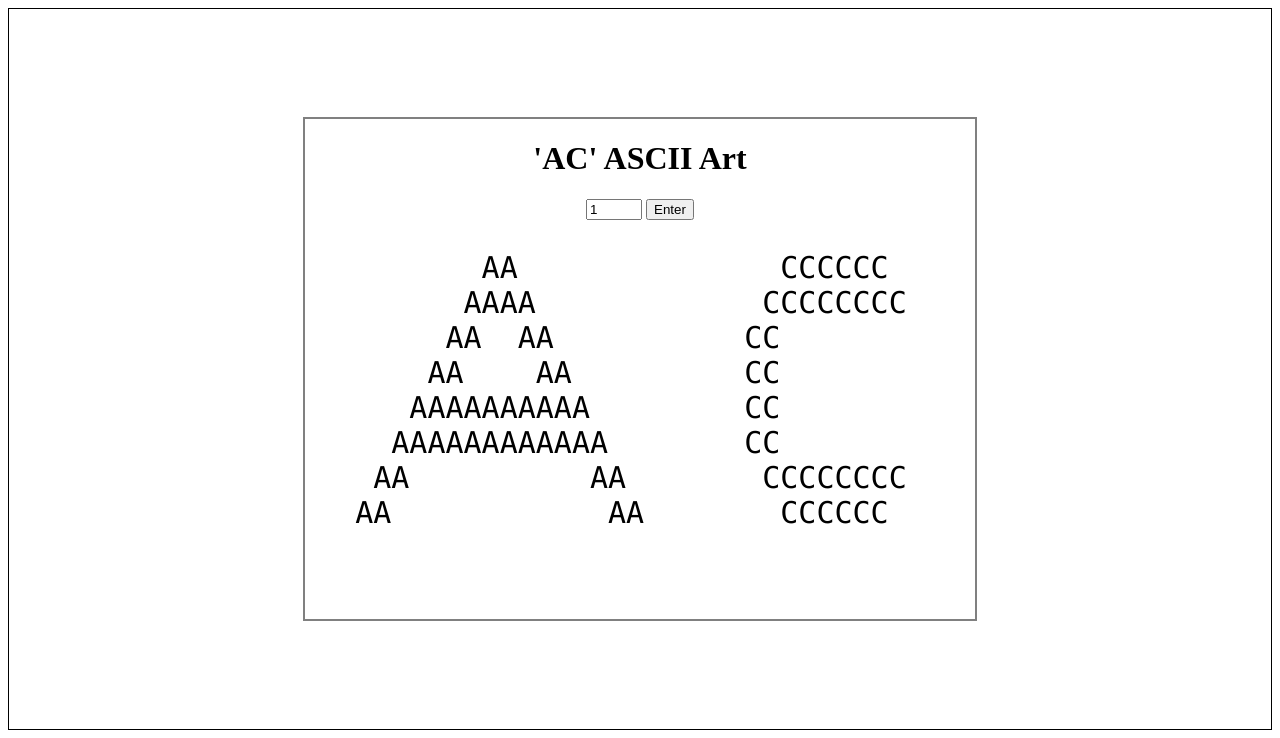
Repository: Achorn/ascii-art
Page: index.html
The author's editor kept a copy of each file at every save. The page is drawn from the files as they stood at one save, then again after the next save.
The browser window is 1280 px wide. The pictures show the whole page.

Above is the page before, as saved 2021-08-09 20:51:46.

### index.html
<!DOCTYPE html>
<html lang="en">
  <head>
    <link rel="stylesheet" href="styles.css" />
    <meta charset="UTF-8" />
    <meta http-equiv="X-UA-Compatible" content="IE=edge" />
    <meta name="viewport" content="width=device-width, initial-scale=1.0" />
    <title>Document</title>
  </head>
  <body>
    <form>
      <h1>'AC' ASCII Art</h1>
      <input type="number" min="1" value="1" max="10" />
      <button onclick="handlePress()">Enter</button>
      <div id="ascii-container">
        <div id="a-container">
          <p id="mono-a" style="font-family: 'Lucida Console', monospace"></p>
        </div>
        <div id="c-container">
          <p id="mono-c" style="font-family: 'Lucida Console', monospace"></p>
        </div>
      </div>
    </form>
    <script type="text/javascript" src="myscripts.js"></script>
  </body>
</html>

### styles.css
body {
  border: 1px solid black;
  display: flex;
  flex-direction: column;
  justify-content: center;
  align-items: center;
  height: 100vh;
}

form {
  border: 2px solid grey;
  height: 500px;
  /* width: 400px; */
  text-align: center;
}

#ascii-container {
  display: flex;
}

#a-container {
  /* background-color: pink; */
}
#c-container {
  /* background-color: pink; */
}
#mono-a {
  /* font-size: 25.5vw; */
  padding: 0px 50px 0px 50px;
  white-space: pre;
}
#mono-c {
  padding: 0px 50px 0px 50px;
  white-space: pre;
}

### myscripts.js
let oneA = ["A"];
let oneC = ["C"];
let twoA = [
  [" ", "A", " "],
  ["A", " ", "A"],
];
let twoC = [["C"], ["C"]];

let threeA = [
  [" ", " ", "A", " ", " "],
  [" ", "A", "A", "A", " "],
  ["A", " ", " ", " ", "A"],
];
let threeC = [
  [" ", "C", "C", "C"],
  ["C", " ", " ", " "],
  [" ", "C", "C", "C"],
];

let fourA = [
  [" ", " ", " ", "A"],
  [" ", " ", "A", " "],
  [" ", "A", "A", "A"],
  ["A", " ", " ", " "],
];
let fourC = [
  [" ", "C", "C", "C", " "],
  ["C", " ", " ", " ", " "],
];

let eight = [
  [" ", " ", " ", " ", " ", " ", " ", "A"],
  [" ", " ", " ", " ", " ", " ", "A", "A"],
  [" ", " ", " ", " ", " ", "A", "A", " "],
  [" ", " ", " ", " ", "A", "A", "A", "A"],
  [" ", " ", " ", "A", "A", "A", "A", "A"],
  [" ", " ", "A", "A", " ", " ", " ", " "],
  [" ", "A", "A", " ", " ", " ", " ", " "],
  ["A", "A", " ", " ", " ", " ", " ", " "],
];

function scaleSpread(array, factor) {
  const scaled = [];

  for (const row of array) {
    let x = [];

    for (const item of row) x.push(...Array(factor).fill(item));

    scaled.push(...Array(factor).fill(x));
  }

  return scaled;
}

function arrToString(arr) {
  let string = "";
  for (let i = 0; i < arr.length; i++) {
    string += arr[i].join("") + "<br>";
  }
  return string;
}

function halfAToString(arr) {
  let string = "";
  for (let i = 0; i < arr.length; i++) {
    string += arr[i].join("");
    let rev = arr[i].slice();
    string += rev.reverse().join("");
    string += "<br>";
  }
  return string;
}

function halfCToString(arr) {
  let string = "";
  for (let i = 0; i < arr.length; i++) {
    string += arr[i].join("");
    string += "<br>";
  }
  for (let i = arr.length - 1; i >= 0; i--) {
    string += arr[i].join("");
    string += "<br>";
  }
  return string;
}
function trimA(arr, lWidth) {
  for (i = 0; i < arr.length; i++) {
    let disp = lWidth - (i % lWidth) - 1;
    let newArr = arr[i].slice();
    for (let j = 0; j < disp; j++) {
      newArr.pop();
      newArr.unshift(" ");
    }
    arr[i] = newArr;
  }
}

function trimC(arr, lWidth) {
  console.log("trimming C: ", arr, lWidth);
  for (i = 0; i < lWidth; i++) {
    //add 2*i to center
    let newArr = arr[i].slice();
    console.log(i);
    for (let j = 0; j < i * 2; j++) {
      newArr.splice(newArr.length / 2, 0, "C");
    }

    //remove i from sides
    for (let j = 0; j < i; j++) {
      newArr.pop();
      newArr.shift();
    }
    arr[i] = newArr;
  }
}
//GET ELEMENTS
let monoA = document.getElementById("mono-a");
let monoC = document.getElementById("mono-c");

//SCALE AND RESIZE
//A
let scale = 2;
function handlePress() {
  console.log("handling");
}

let scaledFour = scaleSpread(fourA, scale);
trimA(scaledFour, scale);

//C
let scaledC = scaleSpread(fourC, scale);
trimC(scaledC, scale);
//ADD TO HTML
// mono.innerHTML = halfAToString(scaleSpread(four, 7));
monoA.style.fontSize = `${60 / scale}px`;
monoC.style.fontSize = `${60 / scale}px`;

// monoC.style.fontSize = `${4 / scale}em`;
monoA.innerHTML = halfAToString(scaledFour);
monoC.innerHTML = halfCToString(scaledC);
// mono.innerHTML += arrToString(scaleSpread(eight, 1));

After the next save:
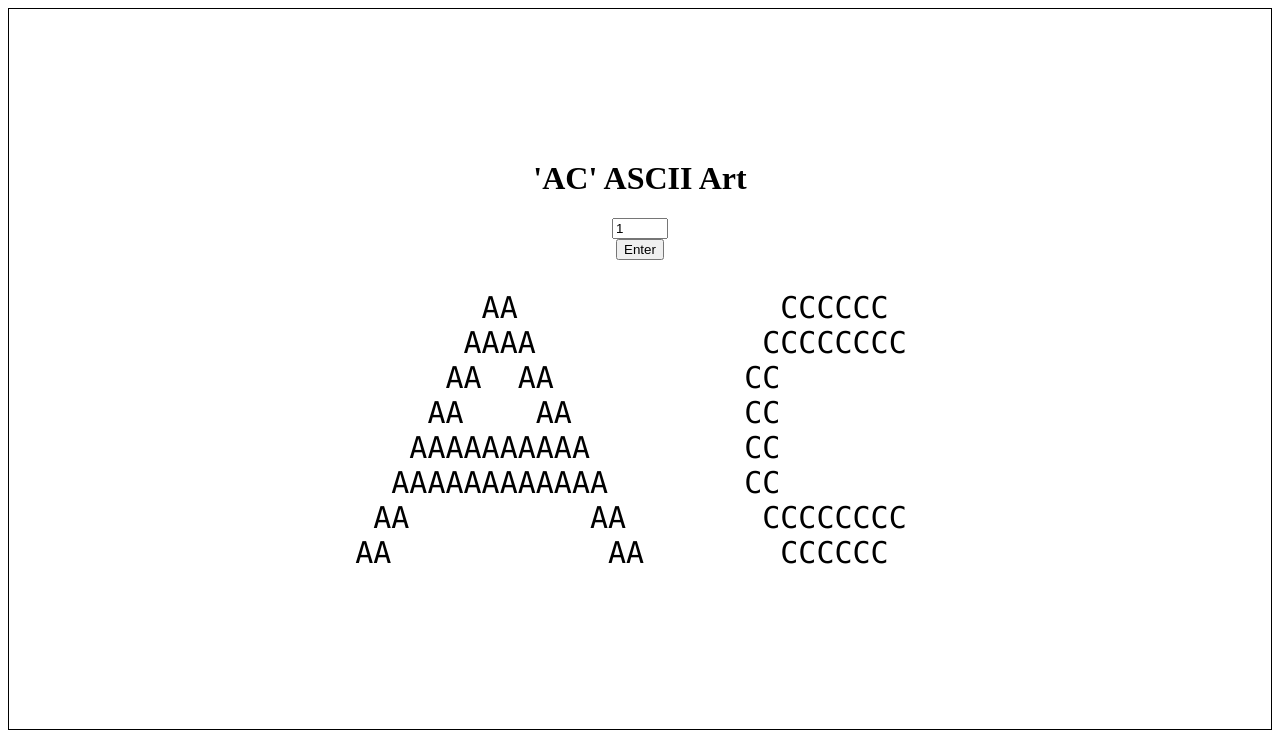
Saved 23 s later.
--- a/index.html
+++ b/index.html
@@ -8,19 +8,19 @@
     <title>Document</title>
   </head>
   <body>
-    <form>
-      <h1>'AC' ASCII Art</h1>
-      <input type="number" min="1" value="1" max="10" />
-      <button onclick="handlePress()">Enter</button>
-      <div id="ascii-container">
-        <div id="a-container">
-          <p id="mono-a" style="font-family: 'Lucida Console', monospace"></p>
-        </div>
-        <div id="c-container">
-          <p id="mono-c" style="font-family: 'Lucida Console', monospace"></p>
-        </div>
+    <!-- <form> -->
+    <h1>'AC' ASCII Art</h1>
+    <input type="number" min="1" value="1" max="10" />
+    <button onclick="handlePress()">Enter</button>
+    <div id="ascii-container">
+      <div id="a-container">
+        <p id="mono-a" style="font-family: 'Lucida Console', monospace"></p>
       </div>
-    </form>
+      <div id="c-container">
+        <p id="mono-c" style="font-family: 'Lucida Console', monospace"></p>
+      </div>
+    </div>
+    <!-- </form> -->
     <script type="text/javascript" src="myscripts.js"></script>
   </body>
 </html>
